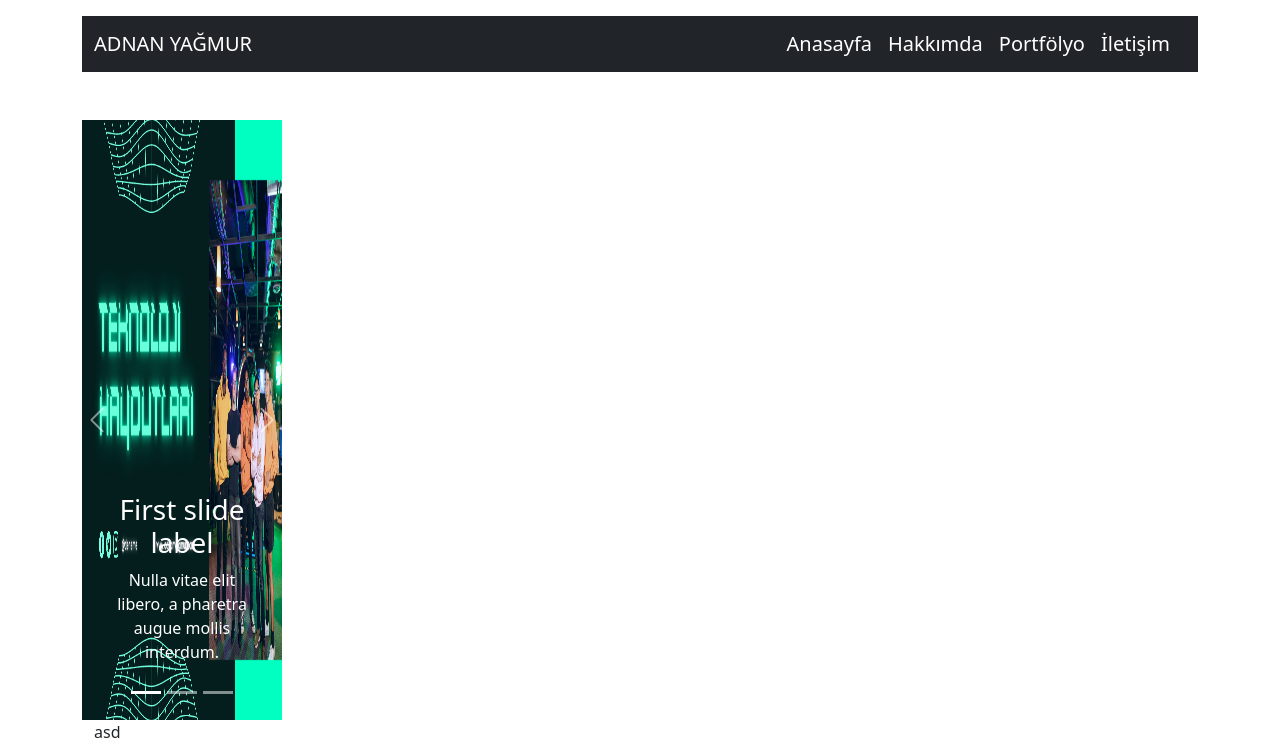
Repository: adnanyagmur/react-bootstrap-example
Page: /
These files come from the project's save history. The page is drawn as it stood at one moment and after the next save; the edit follows.
The browser window is 1280 px wide. The pictures show the whole page.
The project was rebuilt for these pictures with package versions that can differ from the ones it lists, and the page was loaded fresh each time.

Above is the page before, as saved 2022-06-29 10:38:26.

### src/index.js
import React from 'react';
import ReactDOM from 'react-dom/client';
import '../node_modules/bootstrap/dist/css/bootstrap.min.css';
import SSRProvider from 'react-bootstrap/SSRProvider';
import App from './App';


const root = ReactDOM.createRoot(document.getElementById('root'));
root.render(
  <React.StrictMode>
  <SSRProvider>
  <App />
</SSRProvider>
  </React.StrictMode>
);

### src/App.js
import  Appbar  from "./appComponents/Appbar.jsx";
import Container from "./appComponents/Container.jsx";
import Slider from "./appComponents/Slider.jsx";

function App() {

 return (
 <div className="container">

  <div>
<Appbar></Appbar>
</div>
<div>
<Slider></Slider>
</div>
<div>
  <Container></Container>
</div>
  </div>
  );
}

export default App;

### src/appComponents/Appbar.jsx

const Appbar =()=>{

    return(
        <>
  <nav className="navbar navbar-dark bg-dark mb-5 mt-3">
  <div className="container-fluid">
    <a href="/" className="navbar-brand">ADNAN YAĞMUR</a>
    <form className="d-flex" role="search">
    <a href="/" className="navbar-brand">Anasayfa</a>
    <a href="/" className="navbar-brand">Hakkımda</a>
    <a href="/" className="navbar-brand">Portfölyo</a>
    <a href="/" className="navbar-brand">İletişim</a>

    </form>
  </div>
</nav>

</>
    )
}

export default Appbar;

### src/appComponents/Container.jsx


const Container = ()=> {

    return(
        <div className="container">
asd
        </div>

    )
}

export default Container;

### src/appComponents/Slider.jsx
import {Carousel,} from "react-bootstrap"
import Logo1 from "../assets/Logo1.png";
import Logo2 from "../assets/Logo2.png";
import Logo3 from "../assets/Logo3.png";

const Slider = ()=>{

    return(
        <Carousel style={{width:"200px"}}>
        <Carousel.Item interval={1000}>
          <img
            className="d-block w-100"
            src={Logo1}
            alt="First slide"
             height="600"
          />
          <Carousel.Caption>
            <h3>First slide label</h3>
            <p>Nulla vitae elit libero, a pharetra augue mollis interdum.</p>
          </Carousel.Caption>
        </Carousel.Item>
        <Carousel.Item interval={1000}>
          <img
            className="d-block w-100"
            src={Logo2}
            alt="Second slide"
         height="600"
          />

          <Carousel.Caption>
            <h3>Second slide label</h3>
            <p>Lorem ipsum dolor sit amet, consectetur adipiscing elit.</p>
          </Carousel.Caption>
        </Carousel.Item>
        <Carousel.Item interval={1000}>
          <img
            className="d-block w-100"
            src={Logo3}
            alt="Third slide"
            height="600"
          />

          <Carousel.Caption>
            <h3>Third slide label</h3>
            <p>Praesent commodo cursus magna, vel scelerisque nisl consectetur.</p>
          </Carousel.Caption>
        </Carousel.Item>
      </Carousel>

    )
}
export default Slider;

Loaded but not shown: public/index.html (common file)

After the next save:
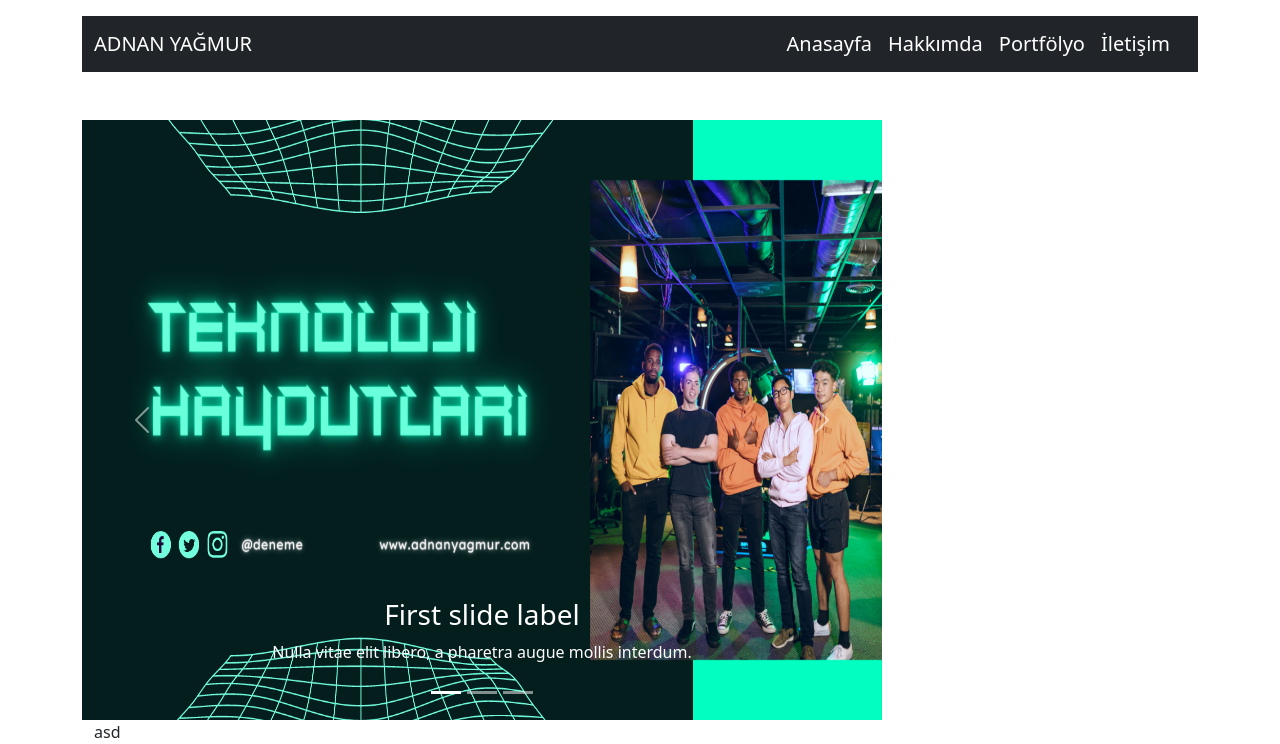
Saved 23 s later.
--- a/src/appComponents/Slider.jsx
+++ b/src/appComponents/Slider.jsx
@@ -6,7 +6,7 @@ import Logo3 from "../assets/Logo3.png";
 const Slider = ()=>{
 
     return(
-        <Carousel style={{width:"200px"}}>
+        <Carousel style={{width:"800px"}}>
         <Carousel.Item interval={1000}>
           <img
             className="d-block w-100"
